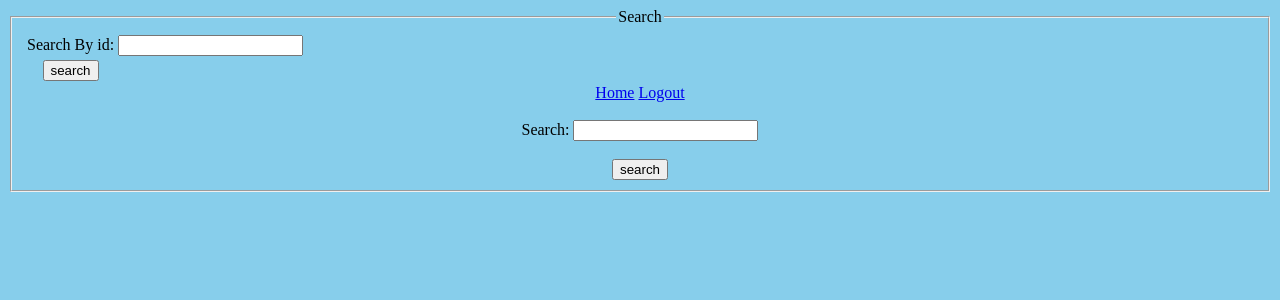
Repository: pawankumarsharm/UST_JDBC_SERVLET
Page: jdbc/empwebapp/WebContent/search.html
An editor plug-in stored every save of this project. The page is shown before and after the next save, followed by the edit.
The browser window is 1280 px wide. The pictures show the whole page.

Above is the page before, as saved 2019-11-15 09:28:20.

### jdbc/empwebapp/WebContent/search.html
<!DOCTYPE html>
<html>
<head>
<meta charset="ISO-8859-1">
<title>Insert title here</title>
</head>
<body bgcolor="skyblue">
<fieldset align="center">
<legend>Search</legend>
<form action="">
<table>
<tr>
<td>Search By id:</td>
<td> <input name="id" type="number"></td>
</tr>
<tr>
<td><input type="submit" value ="search"></td>
</tr>





</table>
  <a href="#">Home</a>
<a href="#">Logout</a><br><br>
		Search: <input name="id" type="text"><br><br>
		<input type="submit" value ="search"><br>

	</form>
</fieldset>
</body>
</html>

After the next save:
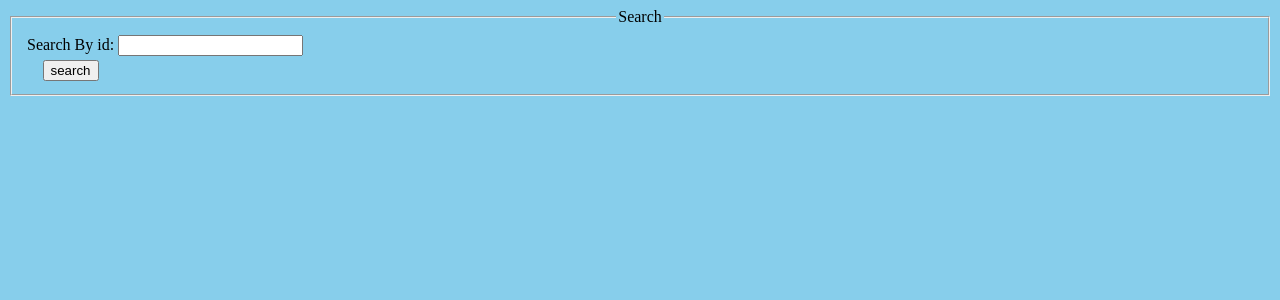
Saved 24 s later.
--- a/jdbc/empwebapp/WebContent/search.html
+++ b/jdbc/empwebapp/WebContent/search.html
@@ -22,10 +22,7 @@
 
 
 </table>
-  <a href="#">Home</a>
-<a href="#">Logout</a><br><br>
-		Search: <input name="id" type="text"><br><br>
-		<input type="submit" value ="search"><br>
+
 
 	</form>
 </fieldset>
